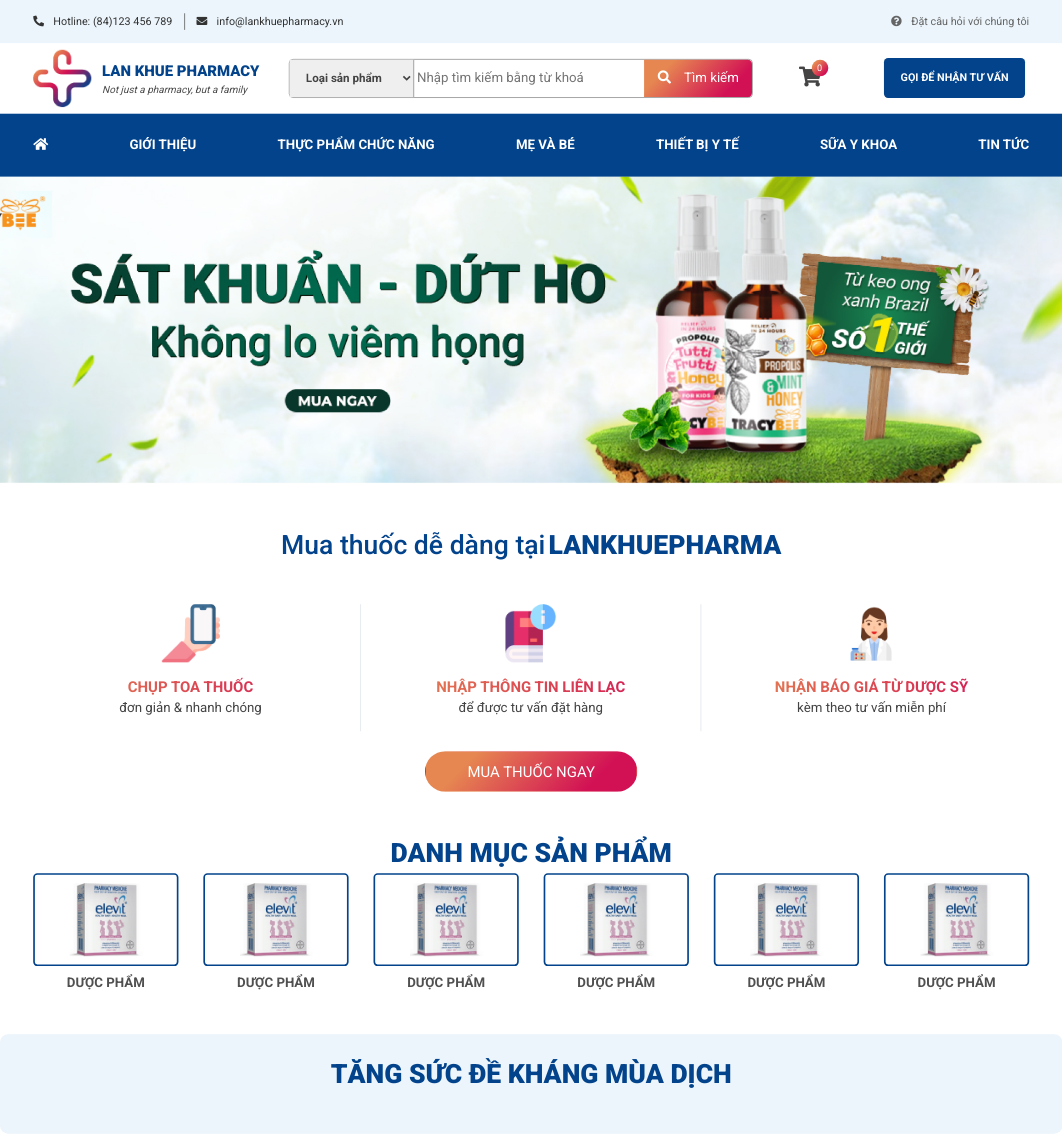
Repository: haianh12082001/Lan-khue
Page: index.html
These files come from the project's save history. The page is drawn as it stood at one moment and after the next save; the edit follows.
The browser window is 1280 px wide. The pictures show the whole page, at 83% of full size.
Some web libraries are served in a nearby version. The style sheet was rebuilt from its Sass, Less or Tailwind sources for each picture, by a compiler version that may differ from the author's.

Above is the page before, as saved 2021-12-18 15:01:54.

After the next save:
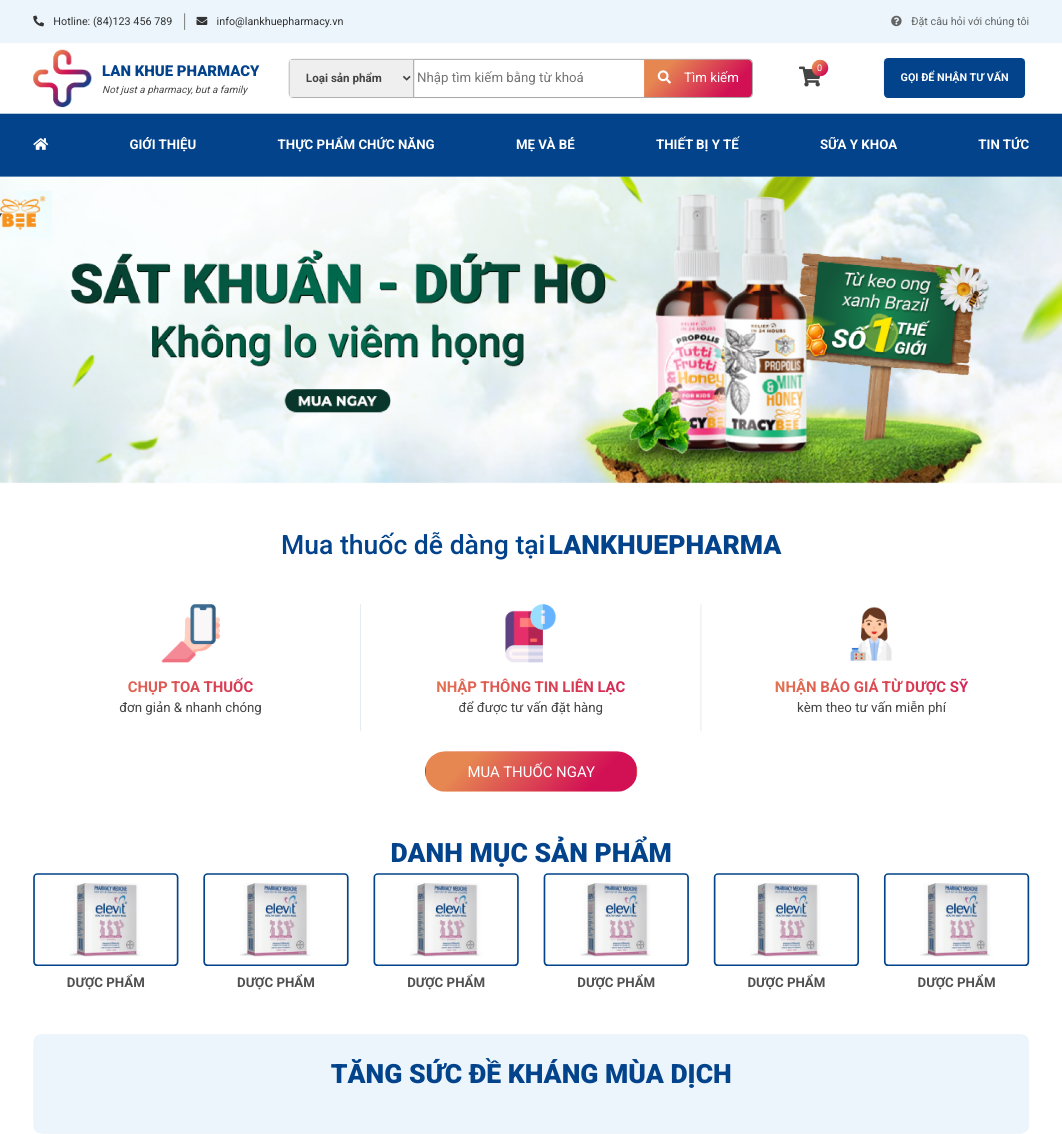
Saved 14 s later.
--- a/index.html
+++ b/index.html
@@ -204,8 +204,8 @@
             </div>
         </section>
         <!-- Tăng sức đề kháng mùa dịch -->
-        <div class="bg-light-blue">
-            <div class="container">
+        <div class="container">
+            <div class="bg-light-blue">
                 <div class="section-title text-center py-4">Tăng sức đề kháng mùa dịch</div>
                 <div class="row row-cols-lg-5 gutters-10">
                     <div class="col-lg col-6">
